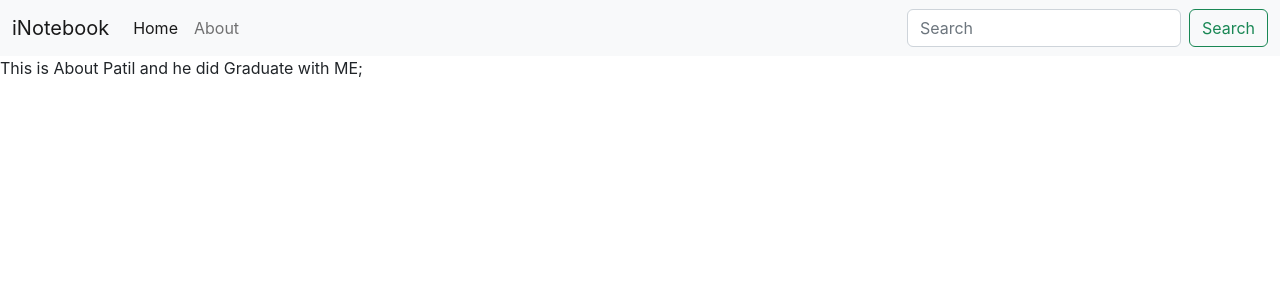
Repository: SatishPatil108/iNotebook-React
Page: /about
The author's editor kept a copy of each file at every save. The page is drawn from the files as they stood at one save, then again after a run of saves.
The browser window is 1280 px wide. The pictures show the whole page.
The project was rebuilt for these pictures with package versions that can differ from the ones it lists, and the page was loaded fresh each time. Also part of the build but not shown: src/App.css, src/components/Home.js.

Above is the page before, as saved 2022-07-23 17:02:49.

### public/index.html
<!DOCTYPE html>
<html lang="en">

<head>
  <meta charset="utf-8" />
  <link rel="icon" href="%PUBLIC_URL%/favicon.ico" />
  <meta name="viewport" content="width=device-width, initial-scale=1" />
  <meta name="theme-color" content="#000000" />
  <meta name="description" content="Web site created using create-react-app" />
  <link rel="apple-touch-icon" href="%PUBLIC_URL%/logo192.png" />

  <link rel="manifest" href="%PUBLIC_URL%/manifest.json" />
  <link href="https://cdn.jsdelivr.net/npm/bootstrap@5.2.0/dist/css/bootstrap.min.css" rel="stylesheet"
    integrity="sha384-gH2yIJqKdNHPEq0n4Mqa/HGKIhSkIHeL5AyhkYV8i59U5AR6csBvApHHNl/vI1Bx" crossorigin="anonymous">

  <title>iNotebook - Your Notes Secured in the Cloud</title>
</head>

<body>
  <noscript>You need to enable JavaScript to run this app.</noscript>
  <div id="root"></div>
  <script src="https://cdn.jsdelivr.net/npm/@popperjs/core@2.11.5/dist/umd/popper.min.js"
    integrity="sha384-Xe+8cL9oJa6tN/veChSP7q+mnSPaj5Bcu9mPX5F5xIGE0DVittaqT5lorf0EI7Vk"
    crossorigin="anonymous"></script>
  <script src="https://cdn.jsdelivr.net/npm/bootstrap@5.2.0/dist/js/bootstrap.min.js"
    integrity="sha384-ODmDIVzN+pFdexxHEHFBQH3/9/vQ9uori45z4JjnFsRydbmQbmL5t1tQ0culUzyK"
    crossorigin="anonymous"></script>

</body>

</html>

### src/App.js
import './App.css';
import {
  BrowserRouter as Router,
  Routes,
  Route
} from "react-router-dom";
import Navbar from './components/Navbar';
import Home from './components/Home';
import About from './components/About';
import NoteState from './context/notes/NoteState';

function App() {
  return (
    <>
      <NoteState>
        <Router>
          <Navbar />
          <Routes>
            <Route exact path="/" element={<Home />}></Route>
            <Route exact path="/about" element={<About />}></Route>
          </Routes>
        </Router>
      </NoteState>
    </>
  );
}

export default App;

### src/components/Navbar.js
import React from 'react'
import { Link } from "react-router-dom";

const Navbar = () => {
    return (
        <div>
            <nav className="navbar navbar-expand-lg bg-light">
                <div className="container-fluid">
                    <Link className="navbar-brand" to="/">iNotebook</Link>
                    <button className="navbar-toggler" type="button" data-bs-toggle="collapse" data-bs-target="#navbarSupportedContent" aria-controls="navbarSupportedContent" aria-expanded="false" aria-label="Toggle navigation">
                        <span className="navbar-toggler-icon"></span>
                    </button>
                    <div className="collapse navbar-collapse" id="navbarSupportedContent">
                        <ul className="navbar-nav me-auto mb-2 mb-lg-0">
                            <li className="nav-item">
                                <Link className="nav-link active" aria-current="page" to="/">Home</Link>
                            </li>
                            <li className="nav-item">
                                <Link className="nav-link" to="/about">About</Link>
                            </li>
                        </ul>
                        <form className="d-flex" role="search">
                            <input className="form-control me-2" type="search" placeholder="Search" aria-label="Search" />
                            <button className="btn btn-outline-success" type="submit">Search</button>
                        </form>
                    </div>
                </div>
            </nav>
        </div>
    )
}

export default Navbar

### src/components/About.js
import React, { useContext } from 'react'
import noteContext from '../context/notes/noteContext'
import { useEffect } from 'react';
const About = () => {
    const a = useContext(noteContext);
    useEffect(() => {
        a.update();
        // eslint-disable-next-line
    }, []);

    return (
        <div>
            This is About {a.state.name} and he did Graduate with {a.state.class};
        </div>
    )
}

export default About

### src/context/notes/NoteState.js
import NoteContext from "./noteContext";
import { useState } from "react";
const NoteState = (props) => {
    const s1 = {
        "name": "Satish",
        "class": "BE"
    }

    const [state, setState] = useState(s1)
    const update = () => {
        setTimeout(() => {
            setState({
                "name": "Patil",
                "class": "ME"
            })
        }, 1000);

    }
    return (
        <NoteContext.Provider value={{ state: state, update: update }}>
            {props.children}
        </NoteContext.Provider>
    )
}

export default NoteState;

Loaded but not shown: src/index.js (common file); src/index.css (common file); src/context/notes/noteContext.js (common file)

After the next 5 saves:
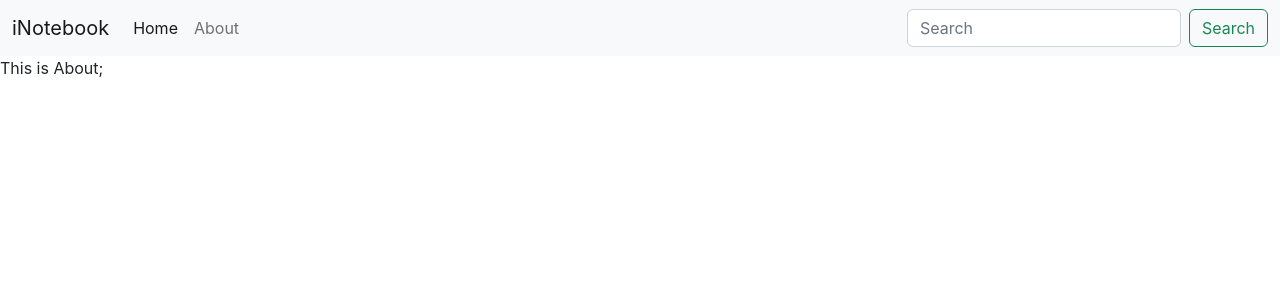
The 5 saves are shown as one change because 4 did not build or start.
The last was saved 4 min 52 s later.
--- a/src/components/About.js
+++ b/src/components/About.js
@@ -1,16 +1,9 @@
-import React, { useContext } from 'react'
+import React, { useContext, useEffect } from 'react'
 import noteContext from '../context/notes/noteContext'
-import { useEffect } from 'react';
 const About = () => {
-    const a = useContext(noteContext);
-    useEffect(() => {
-        a.update();
-        // eslint-disable-next-line
-    }, []);
-
     return (
         <div>
-            This is About {a.state.name} and he did Graduate with {a.state.class};
+            This is About;
         </div>
     )
 }
--- a/src/context/notes/NoteState.js
+++ b/src/context/notes/NoteState.js
@@ -1,23 +1,11 @@
 import NoteContext from "./noteContext";
 import { useState } from "react";
 const NoteState = (props) => {
-    const s1 = {
-        "name": "Satish",
-        "class": "BE"
-    }
 
-    const [state, setState] = useState(s1)
-    const update = () => {
-        setTimeout(() => {
-            setState({
-                "name": "Patil",
-                "class": "ME"
-            })
-        }, 1000);
 
-    }
+
     return (
-        <NoteContext.Provider value={{ state: state, update: update }}>
+        <NoteContext.Provider value={{}}>
             {props.children}
         </NoteContext.Provider>
     )
